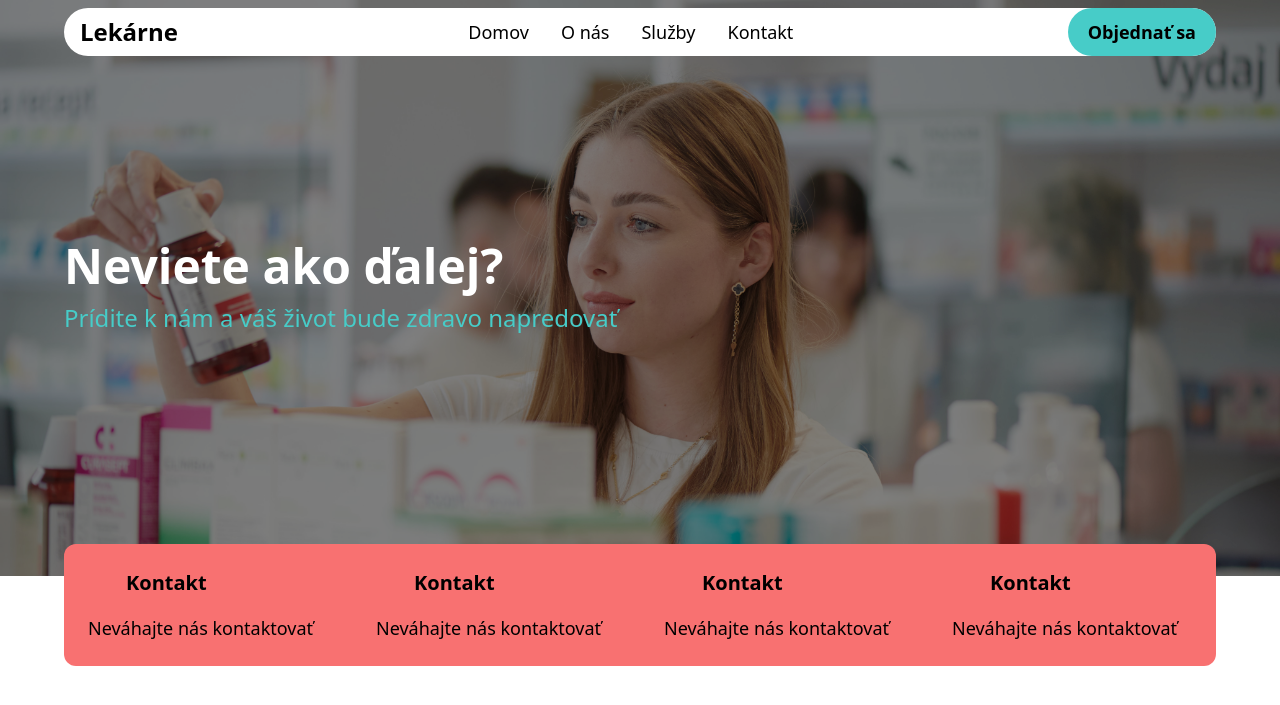
Repository: SimonSkoda13/Lekaren
Page: /
An editor plug-in stored every save of this project. The page is shown before and after the next save, followed by the edit.
The browser window is 1280 px wide. The pictures show the whole page.
The project was rebuilt for these pictures with package versions that can differ from the ones it lists, and the page was loaded fresh each time. The framework's server and built-in components were replaced by stand-ins that run in the browser. Also part of the build but not shown: next.config.js.

Above is the page before, as saved 2023-04-22 17:45:06.

After the next save:
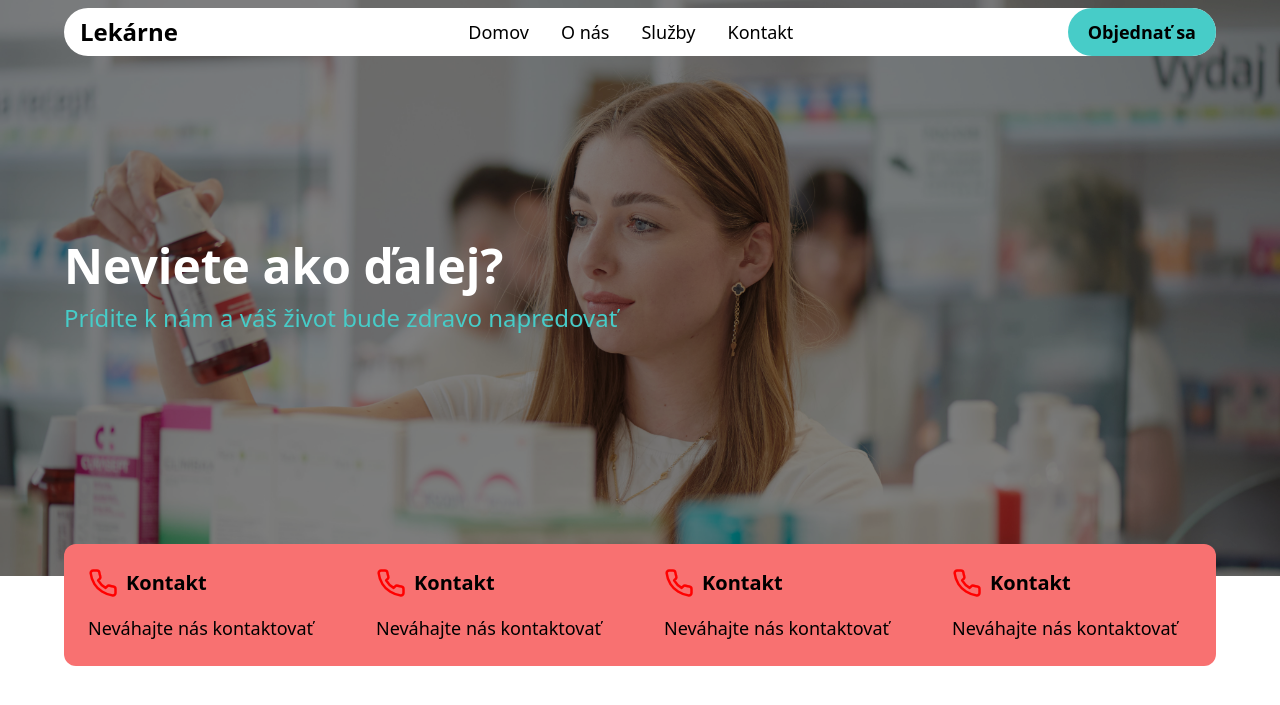
Saved 52 s later.
--- a/src/app/components/Contact/Contact.tsx
+++ b/src/app/components/Contact/Contact.tsx
@@ -24,7 +24,7 @@
             height={100}
           /> */}
             <div className="flex flex-row gap-2 items-center">
-              <Phone size={30} color="primary" />
+              <Phone size={30} color="red" />
               <h2 className="text-xl font-bold">{item.title}</h2>
             </div>
             <p className="text-lg font-medium">{item.description}</p>

After the save that followed:
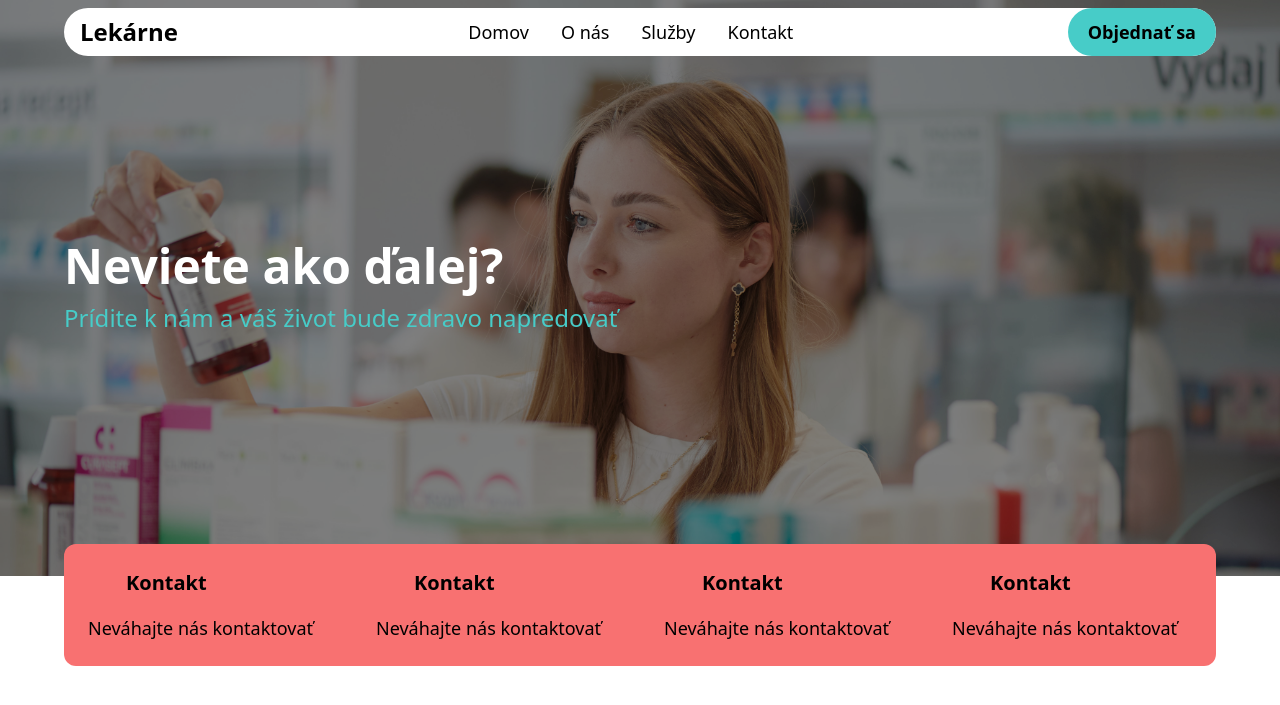
Saved 11 s later.
--- a/src/app/components/Contact/Contact.tsx
+++ b/src/app/components/Contact/Contact.tsx
@@ -24,7 +24,7 @@
             height={100}
           /> */}
             <div className="flex flex-row gap-2 items-center">
-              <Phone size={30} color="red" />
+              <Phone size={30} color="primary" />
               <h2 className="text-xl font-bold">{item.title}</h2>
             </div>
             <p className="text-lg font-medium">{item.description}</p>
